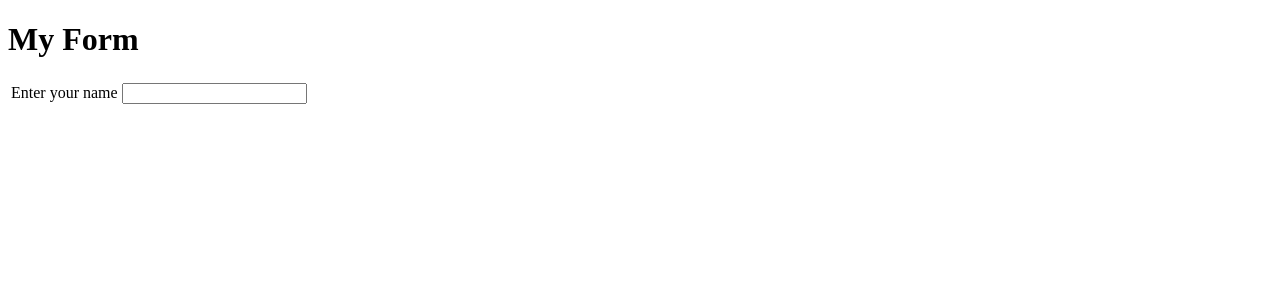
Repository: nin19/advance_java
Page: servlet/FormServlet/src/main/webapp/index.html
An editor plug-in stored every save of this project. The page is shown before and after the next save, followed by the edit.
The browser window is 1280 px wide. The pictures show the whole page.

Above is the page before, as saved 2024-10-16 15:53:33.

### servlet/FormServlet/src/main/webapp/index.html
<!DOCTYPE html>
<html>
<head>
<title>Form Page</title>
</head>
<body>
	<div class="container">
		<h1>My Form</h1>

		<form action="formServlet" method="post">
			<table>
				<tr>
					<td>Enter your name</td>
					<td><input type="text" name="user_name"/></td>
				</tr>

			</table>

		</form>
	</div>
</body>
</html>

After the next save:
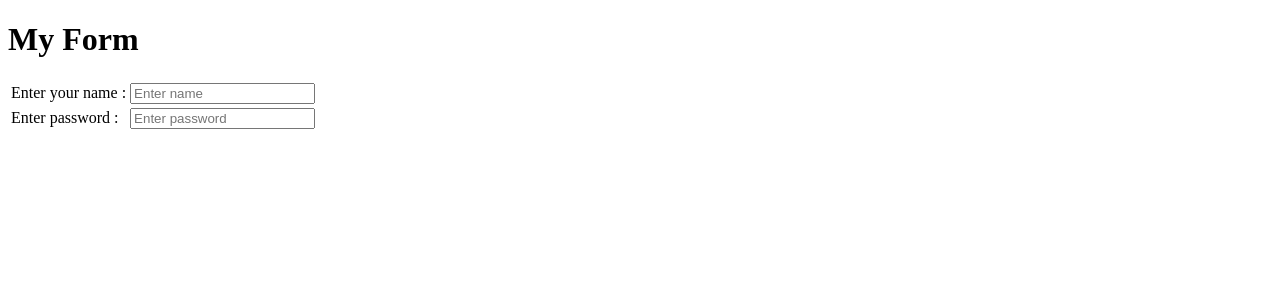
Saved 107 s later.
--- a/servlet/FormServlet/src/main/webapp/index.html
+++ b/servlet/FormServlet/src/main/webapp/index.html
@@ -10,8 +10,12 @@
 		<form action="formServlet" method="post">
 			<table>
 				<tr>
-					<td>Enter your name</td>
-					<td><input type="text" name="user_name"/></td>
+					<td>Enter your name :</td>
+					<td><input type="text" name="user_name" placeholder="Enter name"/></td>
+				</tr>
+				<tr>
+					<td>Enter password :</td>
+					<td><input type="password" name="user_password" placeholder="Enter password"/></td>
 				</tr>
 
 			</table>
